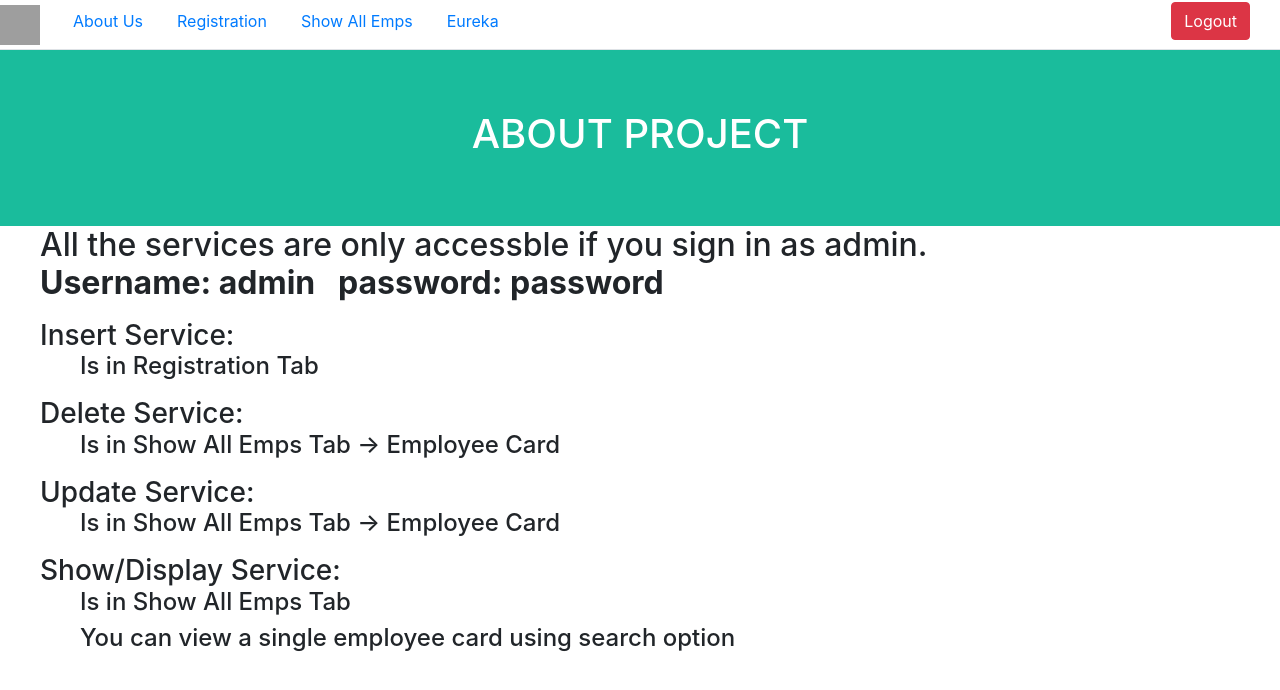
Repository: Shwetank-Chaudhary/EmployeeManagement-
Page: HomePage/src/main/webapp/AboutUs.html
These files come from the project's save history. The page is drawn as it stood at one moment and after the next save; the edit follows.
The browser window is 1280 px wide. The pictures show the whole page.
Pictures or frames that could not be fetched are drawn as grey boxes.

Above is the page before, as saved 2024-01-01 17:18:32.

### HomePage/src/main/webapp/AboutUs.html
<!DOCTYPE html>
<html>

<head>
	<meta charset="UTF-8">
	<title>ABOUT PROJECT</title>
	<link rel="stylesheet" href="https://cdn.jsdelivr.net/npm/bootstrap@4.0.0/dist/css/bootstrap.min.css"
		integrity="sha384-Gn5384xqQ1aoWXA+058RXPxPg6fy4IWvTNh0E263XmFcJlSAwiGgFAW/dAiS6JXm" crossorigin="anonymous"
		type="text/css">

	<style>
		.header {
			padding: 60px;
			text-align: center;
			background: #1abc9c;
			color: white;
			font-size: 30px;
		}

		#logout {
			position: absolute;
			right: 30px;
			top: 2px;
		}
	</style>
</head>

<body>
	<ul class="nav nav-tabs">
		<!-- Logo -->
		<li class="nav-item">
			<a class="navbar-brand" href="Home.html">
				<img src="https://drive.google.com/uc?id=1iFuzqzRuZ8NSsH9akJaVqbD3UM7I9Yh6" alt="Logo" height="40"
					width="40">
			</a>
		</li>
		<li class="nav-item-active">
			<a class="nav-link" href="AboutUs.html">About Us</a>
		</li>
		<li class="nav-item">
			<a class="nav-link" href="./Registration.html">Registration</a>
		</li>
		<li class="nav-item">
			<a class="nav-link" href="ADMIN_showemp.html">Show All Emps</a>
		</li>
		<li class="nav-item">
			<a class="nav-link" href="http://localhost:8761/">Eureka</a>
		</li>

		<li class="nav-item">
			<a href="http://localhost:1080/logout"><button class="btn btn-danger" id="logout">Logout</button></a>
		</li>
	</ul>
	<div class="header">
		<h1>ABOUT PROJECT</h1>
	</div>
		<ul><h2>All the services are only accessble if you sign in as admin.<br>
		<b>Username: admin &nbsp; password: password</b></h2></ul>
		<h3>
			<ul>Insert Service:
			<h4><ul>Is in Registration Tab</ul></h4>
		</h3>

		<h3>
			<ul>Delete Service:
			<h4><ul>Is in Show All Emps Tab -> Employee Card</ul></h4>
		</h3>

		<h3>
			<ul>Update Service:
			<h4><ul>Is in Show All Emps Tab -> Employee Card</ul></h4>
		</h3>

		<h3>
			<ul>Show/Display Service:
			<h4><ul>Is in Show All Emps Tab </ul></h4>
			<h4><ul>You can view a single employee card using search option</ul></h4>
		</h3>
		</div>

</body>

</html>

After the next save:
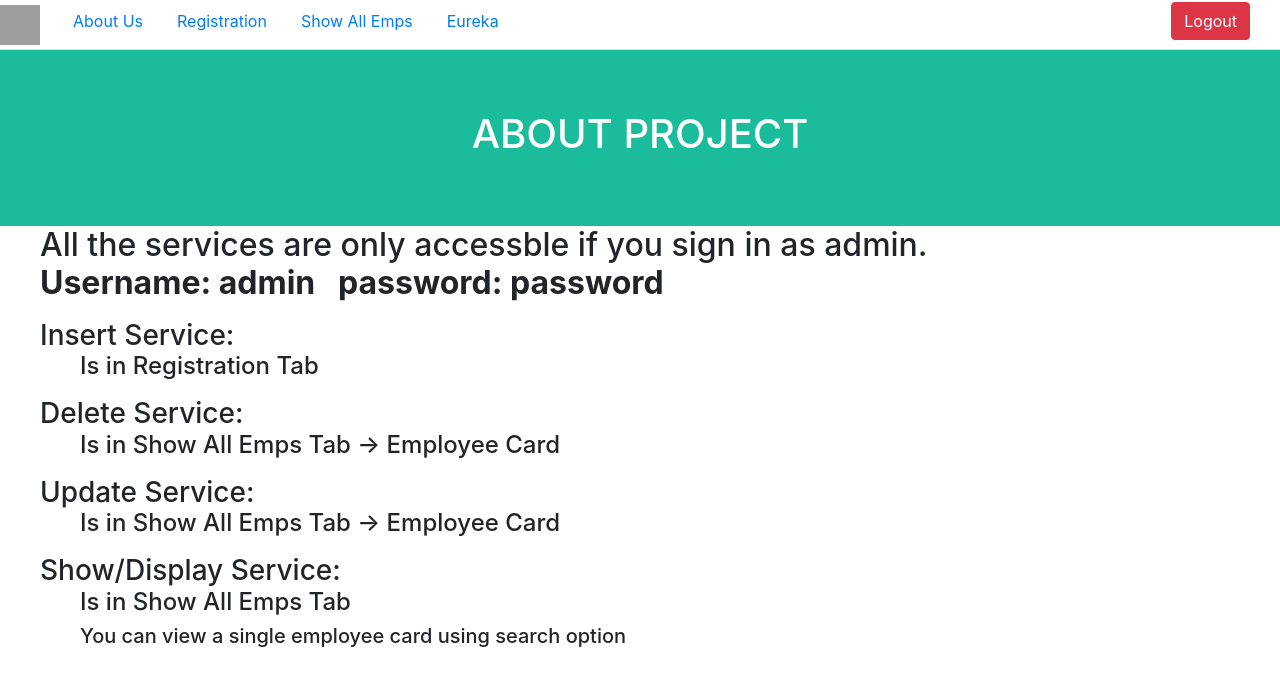
Saved 21 s later.
--- a/HomePage/src/main/webapp/AboutUs.html
+++ b/HomePage/src/main/webapp/AboutUs.html
@@ -74,7 +74,7 @@
 		<h3>
 			<ul>Show/Display Service:
 			<h4><ul>Is in Show All Emps Tab </ul></h4>
-			<h4><ul>You can view a single employee card using search option</ul></h4>
+			<h5><ul>You can view a single employee card using search option</ul></h5>
 		</h3>
 		</div>
 
